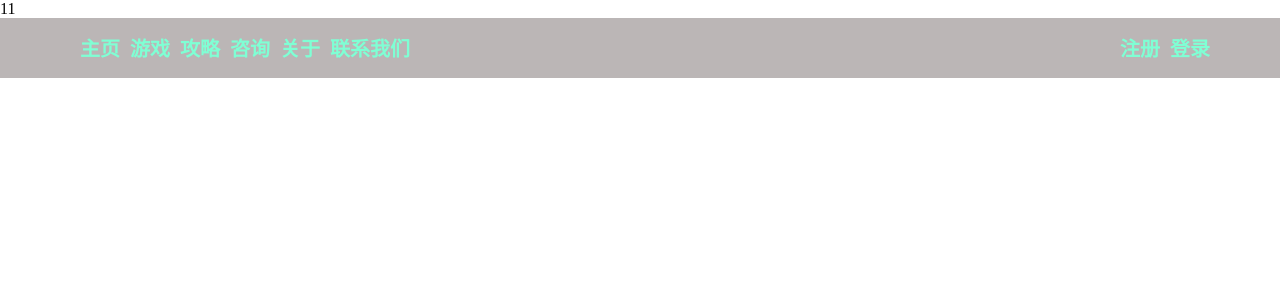
Repository: nucleako/xxtx
Page: / (app in xxtx/)
An editor plug-in stored every save of this project. The page is shown before and after the next save, followed by the edit.
The browser window is 1280 px wide. The pictures show the whole page.
The project was rebuilt for these pictures with package versions that can differ from the ones it lists, and the page was loaded fresh each time.

Above is the page before, as saved 2022-09-02 17:05:45.

### xxtx/src/main.js
import { createApp } from 'vue'
import App from './App.vue'
import router from './router'
import store from './store'

createApp(App).use(store).use(router).mount('#app')
//执行创建实例的方法
//加载路由、仓库
//挂载到index.html->app节点上

### xxtx/src/App.vue
<template>
<Header />
11
  <router-view/>
</template>

<style>
  *{
    margin: 0;
    padding: 0;
  }
  a{
    text-decoration: none;

  }
</style>

### xxtx/src/views/Home.vue
<template>
<Header />
<router-view/>

</template>

<script>
// @ is an alias to /src

import Header from '@/components/Header.vue'

export default {
  name: 'Home',
  components: {
    Header
  }
}
</script>
<style>

</style>

### xxtx/src/components/Header.vue
<template>
    <div id="Header">
      <div class="row">
        <h1 ><a href="http://172.16.8.92:8080/">主页</a></h1>
        <h1 ><a href="http://172.16.8.92:8080/">游戏</a></h1>
        <h1 ><a href="http://172.16.8.92:8080/">攻略</a></h1>
        <h1 ><a href="http://172.16.8.92:8080/">咨询</a></h1>
        <h1 ><a href="../views/Us.vue" >关于</a></h1>
        <h1 ><a href="" >联系我们</a></h1>
        <h1 class=""><a href="">登录</a></h1>
        <h1 class=""><a href="">注册</a></h1>
        <div id="nav">
          <!-- <router-link href="">111111</router-link>
          <router-link >11111</router-link> -->
        </div>
      </div>
    </div>
  </template>


<style>
  #Header{
    height: 60px;
    color: rgb(174, 211, 211);
    font: 300;
    /* display: inline-block; */
    height: 60px;
    background-color: #bbb6b6;
  }
  .row{
    width: 1140px;
    margin: 0 auto ;
  }
  #Header h1{
    float: left;
    height: 80px;
    font-size: 20px;
    margin-left: 10px;
    margin-top: 15px;
  }
  #Header h1[class]{
    float: right;
  }
  #Header a{
    margin-top: 15px;
    color: aquamarine;
    margin: auto 0;
  }
  #Header a[class]{
    font-size: 20px;
    margin-right: 15px;
  }

</style>

Loaded but not shown: xxtx/public/index.html (common file); xxtx/src/router/index.js (common file); xxtx/src/store/index.js (common file)

After the next save:
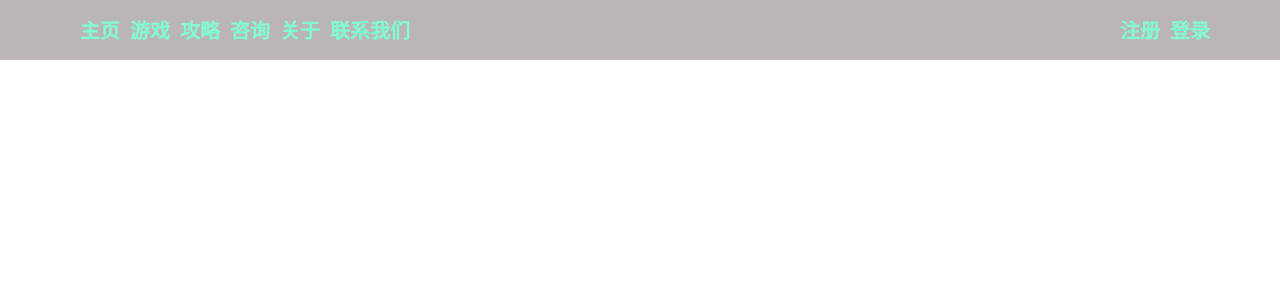
Saved 76 s later.
--- a/xxtx/src/App.vue
+++ b/xxtx/src/App.vue
@@ -1,6 +1,6 @@
 <template>
 <Header />
-11
+
   <router-view/>
 </template>
 
